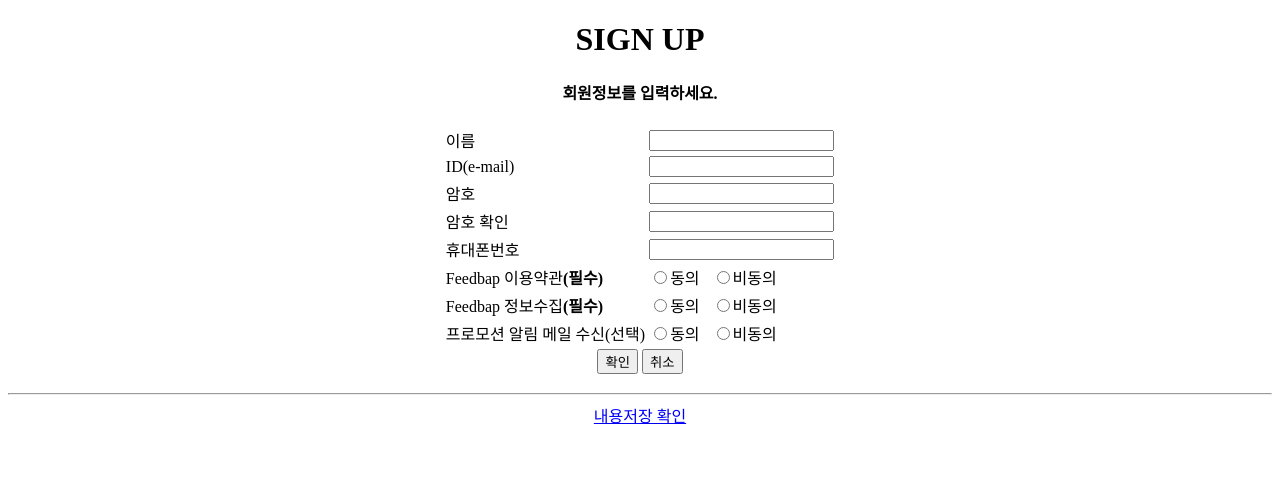
Repository: jwkim1104/SWE3002-01-Team1
Page: http://localhost/user_account/login_logout/registration.jsp
The author's editor kept a copy of each file at every save. The page is drawn from the files as they stood at one save, then again after the next save.
The browser window is 1280 px wide. The pictures show the whole page.
The page is served by Tomcat 9.

Above is the page before, as saved 2018-06-05 15:57:31.

### feature/study_library/tomcat8.5/workspace 3/user_account/WebContent/login_logout/registration.jsp
<%@ page language="java" contentType="text/html; charset=UTF-8"
    pageEncoding="UTF-8" import="java.sql.*"%>
<% request.setCharacterEncoding("utf-8"); %>
<!DOCTYPE html PUBLIC "-//W3C//DTD HTML 4.01 Transitional//EN" "http://www.w3.org/TR/html4/loose.dtd">
<html>
<head>
<meta http-equiv="Content-Type" content="text/html; charset=UTF-8">
<title>회원가입</title>

</head>
<body>


<script>
function writeCheck(){
	var form = document.userForm;
	var emailExp = /[0-9a-zA-Z][_0-9a-zA-Z-]*@[_0-9a-zA-Z-]+(\.[_0-9a-zA-Z-]+){1,2}$/;
	var phoneExp = /^[0-9]+$/;

	if(!form.name.value){
		alert("이름을 입력해 주세요!");
		form.name.focus();
		return;
	}
	if(!form.id.value){
		alert("ID(email)를 입력해 주세요!");
		form.id.focus();
		return;
	}
	if (!form.id.value.match(emailExp)) {
		alert("email형식이 올바르지 않습니다. 다시 확인해 주세요!");
		form.id.focus();
		return;
	}


	if(!form.pass1.value){
		alert("비밀번호를 입력해 주세요!");
		form.pass1.focus();
		return;
	}
	if(form.pass1.value != form.pass2.value){
		alert("비밀번호가 일치하지 않습니다. 다시 확인해 주세요!");
		form.pass2.focus();
		return;
	}
	if(!form.phone.value){
		alert("휴대폰 번호를 입력해 주세요!");
		form.phone.focus();
		return;
	}
	if (!form.phone.value.match(phoneExp)) {
		alert("휴대폰 번호 형식이 올바르지 않습니다. 숫자 입력해 주세요!");
		form.phone.focus();
		return;
	}
	if(form.use.value == "no"){
		alert("이용약관에 동의해 주세요!");
		form.use.focus();
		return;
	}
	if(form.info.value == "no"){
		alert("정보수집에 동의해 주세요!");
		form.info.focus();
		return;
	}

	form.submit();
}
</script>
<center>
<h1>SIGN UP</h1>
	<h4>회원정보를 입력하세요.</h4>
	<form name=userForm method=post action=regConform.jsp>
		<table>
			<tr>
				<td> 이름 </td>
				<td> <input type=text name="name"></td>
			</tr>
			<tr>
				<td> ID(e-mail) </td>
				<td> <input type=text name="id"></td>
			</tr>
			<tr>
				<td> 암호 </td>
				<td> <input type=password name="pass1"></td>
			</tr>
			<tr>
				<td> 암호 확인 </td>
				<td> <input type=password name="pass2"></td>
			</tr>
			<tr>
				<td> 휴대폰번호 </td>
				<td> <input type=text name="phone"></td>
			</tr>
			<tr>
				<td> Feedbap 이용약관<b>(필수)</b> </td>
				<td> <input type="radio" name="use" value="ok">동의 &nbsp;
				<input type="radio" name="use" value="no">비동의</td>
			</tr>
			<tr>
				<td>Feedbap 정보수집<b>(필수)</b> </td>
				<td> <input type="radio" name="info" value="ok">동의 &nbsp;
				 <input type="radio" name="info" value="no">비동의</td>
			</tr>
			<tr>
				<td> 프로모션 알림 메일 수신(선택) </td>
				<td> <input type="radio" name="pro" value="ok">동의 &nbsp;
				<input type="radio" name="pro" value="no">비동의</td>
			</tr>
			<tr>
				<td colspan=2>
				<center>
				<input type="button" onclick="writeCheck();" value="확인">
				<input type=reset value="취소">
				</center>
				</td>
			</tr>
		</table>
	</form>
	<p>
	<hr>
	<a href=show.jsp> <font color=blue>내용저장 확인</font></a>


</center>
</body>
</html>

After the next save:
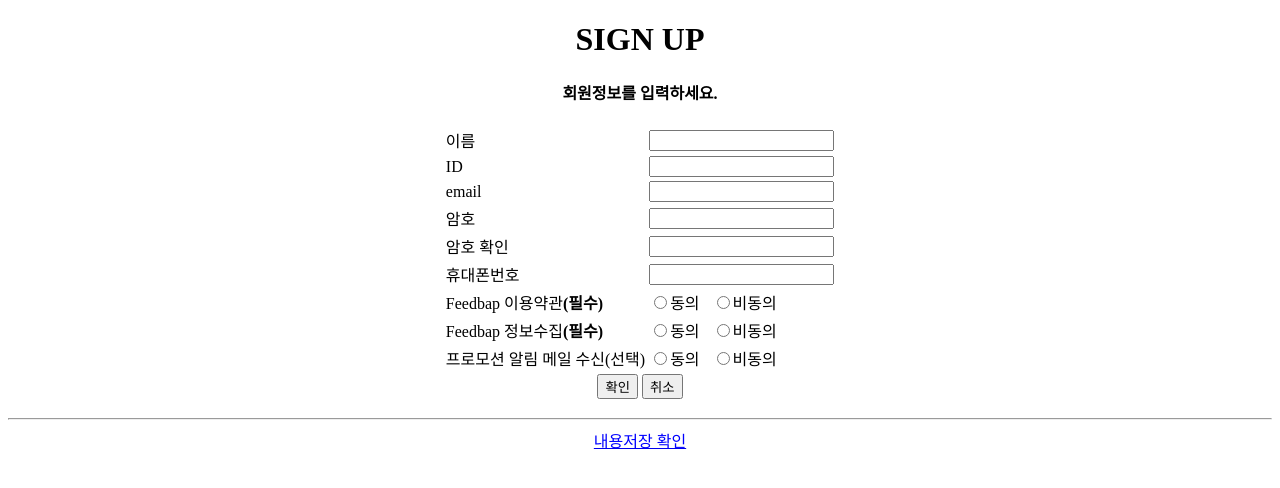
Saved 2 min 45 s later.
--- a/feature/study_library/tomcat8.5/workspace 3/user_account/WebContent/login_logout/registration.jsp
+++ b/feature/study_library/tomcat8.5/workspace 3/user_account/WebContent/login_logout/registration.jsp
@@ -78,8 +78,12 @@
 				<td> <input type=text name="name"></td>
 			</tr>
 			<tr>
-				<td> ID(e-mail) </td>
+				<td> ID </td>
 				<td> <input type=text name="id"></td>
+			</tr>
+			<tr>
+				<td> email </td>
+				<td> <input type=text name="email"></td>
 			</tr>
 			<tr>
 				<td> 암호 </td>
